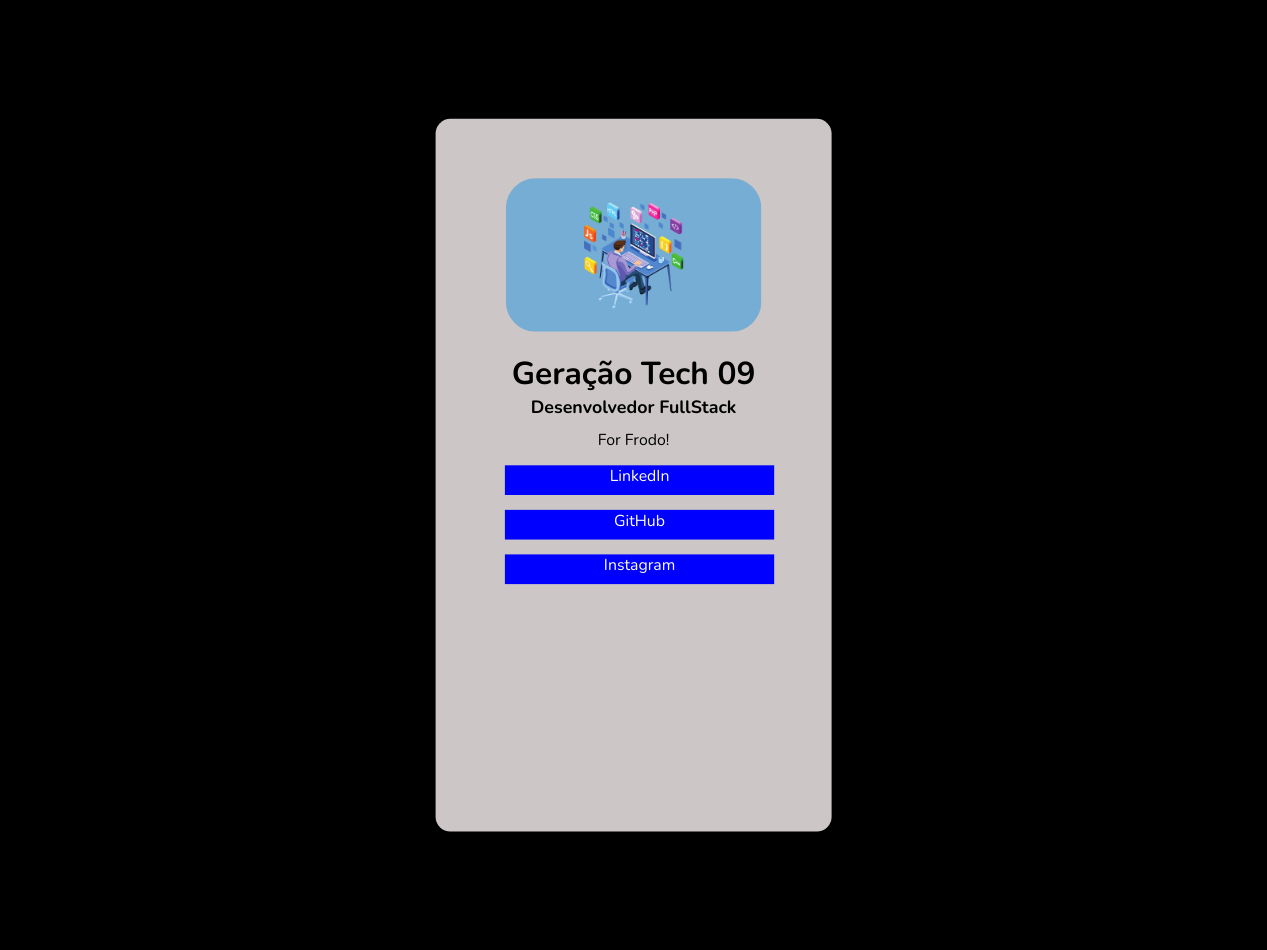
Repository: medeirosregis/linktree-gt09
Page: index.html
These files come from the project's save history. The page is drawn as it stood at one moment and after the next save; the edit follows.
The browser window is 1280 px wide. The pictures show the whole page, at 99% of full size.

Above is the page before, as saved 2025-04-11 09:04:20.

### index.html
<!DOCTYPE html>
<html lang="pt-br">
<head>
    <meta charset="UTF-8">
    <meta name="viewport" content="width=device-width, initial-scale=1.0">
    <title>Linktree</title>
    <link rel="stylesheet" href="style.css">
    <link rel="preconnect" href="https://fonts.googleapis.com">
    <link rel="preconnect" href="https://fonts.gstatic.com" crossorigin>
    <link href="https://fonts.googleapis.com/css2?family=Nunito:ital,wght@0,200..1000;1,200..1000&display=swap" rel="stylesheet">

</head>
<body>
    <div class="container-main">
        <div class="container-image">

            <img src="./assets/freelance-work-7308505_1280.png" alt="image-profile"/>
        <div class="container-infos">
            <h1>Geração Tech 09</h1>
            <h2>Desenvolvedor FullStack</h2>
        </div>
        <div class="container-easter-egg">
            <p>For Frodo!</p>
        </div>
        <div class="container-social">
            <ul>
                <li><a href="https://www.linkedin.com/login/pt" target="_blank">
                        LinkedIn
                </li>
                <li>
                    <a href="https://github.com/medeirosregis" target="_blank">
                        GitHub
                </li>
                <li>
                    <a href="https://instagram.com/" target="_blank">
                        Instagram
                </li>
            </ul>
        </div>
    </div>
</body>
</html>

### style.css
*{
    font-family: "Nunito", sans-serif;
    margin: 0;
    padding: 0;
    box-sizing: border-box;

}

body {
    background-color:rgb(0, 0, 0);
}

.container-main {
    background-color: #ccc6c6;
    width: 400px;
    height: 720px;
    box-sizing: border-box;
    margin: 120px auto;
    padding: 60px 70px;
    border-radius: 15px;
    text-align: center;
}

.container-image {
    margin: 0;

    & img {
        width: 258px;
        border-radius: 30px;
    }
}
.container-infos {
    margin-top: 15px;
    margin-bottom: 10px;
}
.container-infos h1 {
    font-weight: 700px;
}
.container-infos h2 {
    font-weight: 600px;
    font-size: 18px;
}
.container-social ul {
    list-style-type: none;
}
.container-social a {
    text-decoration: none;
    color: white;
}
.container-social li {
    width: 272px;
    height: 30px;
    background-color: blue;
    margin: 15px 0;
}

After the next save:
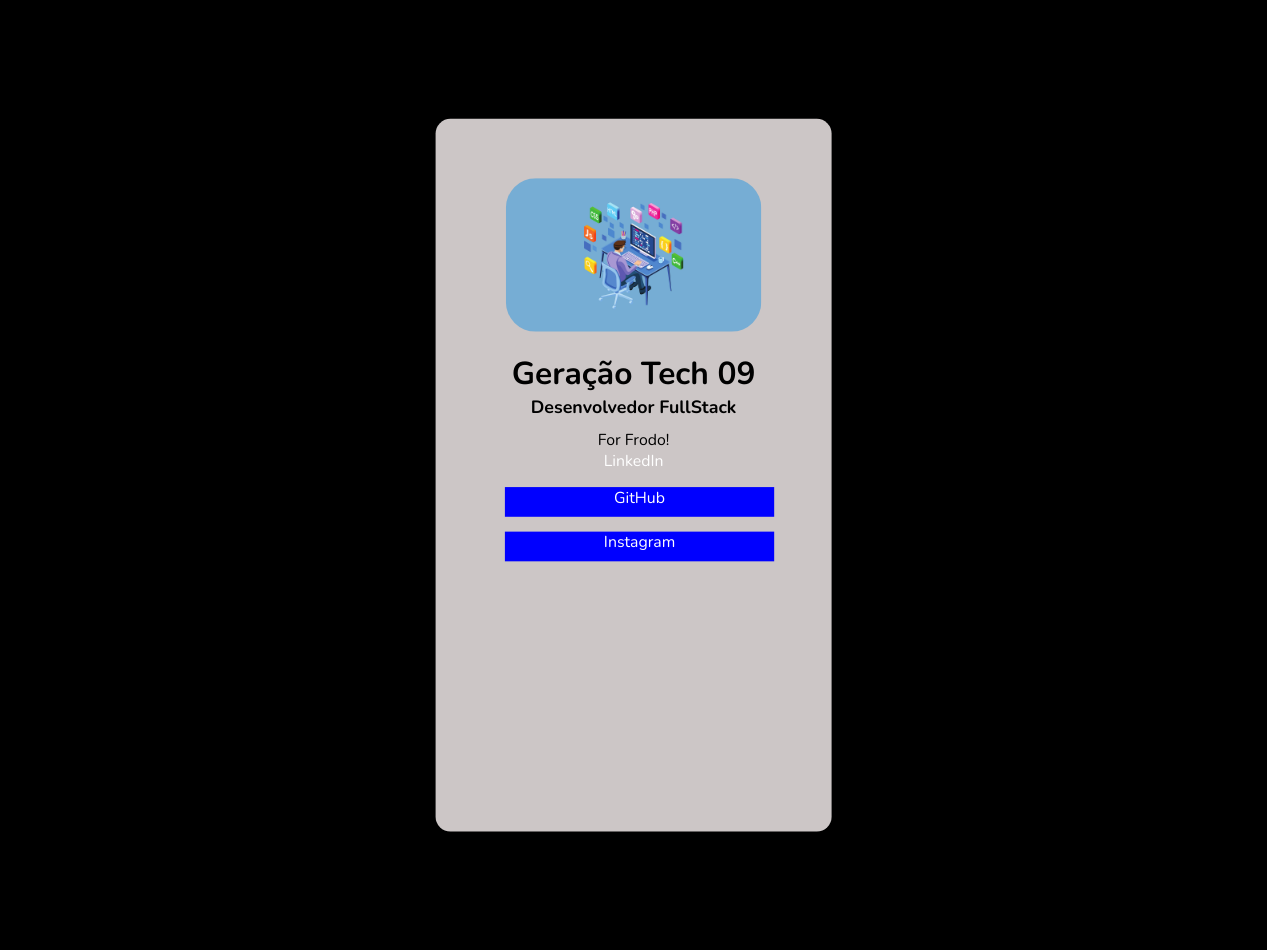
Saved 24 min 23 s later.
--- a/index.html
+++ b/index.html
@@ -24,7 +24,7 @@
         </div>
         <div class="container-social">
             <ul>
-                <li><a href="https://www.linkedin.com/login/pt" target="_blank">
+                <a href="https://www.linkedin.com/login/pt" target="_blank">
                         LinkedIn
                 </li>
                 <li>
